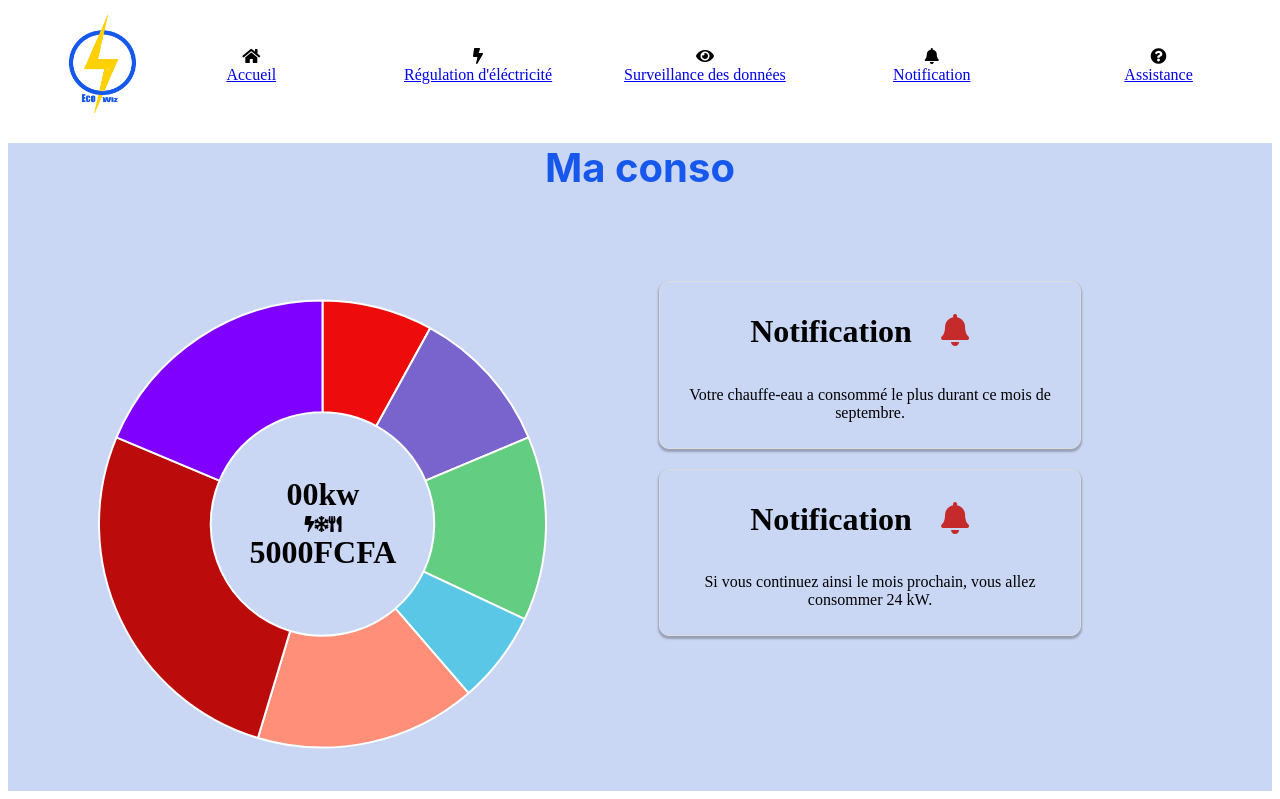
Repository: hamdia200/OSC-Ecowiz
Page: http://localhost/accueil
An editor plug-in stored every save of this project. The page is shown before and after the next save, followed by the edit.
The browser window is 1280 px wide. The pictures show the whole page.
The page is served by the project's Laravel application, run on PHP 8.4 with Laravel 10.

Above is the page before, as saved 2023-08-22 23:03:07.
Console error: TypeError: myChart._getArcLength is not a function

After the next save:
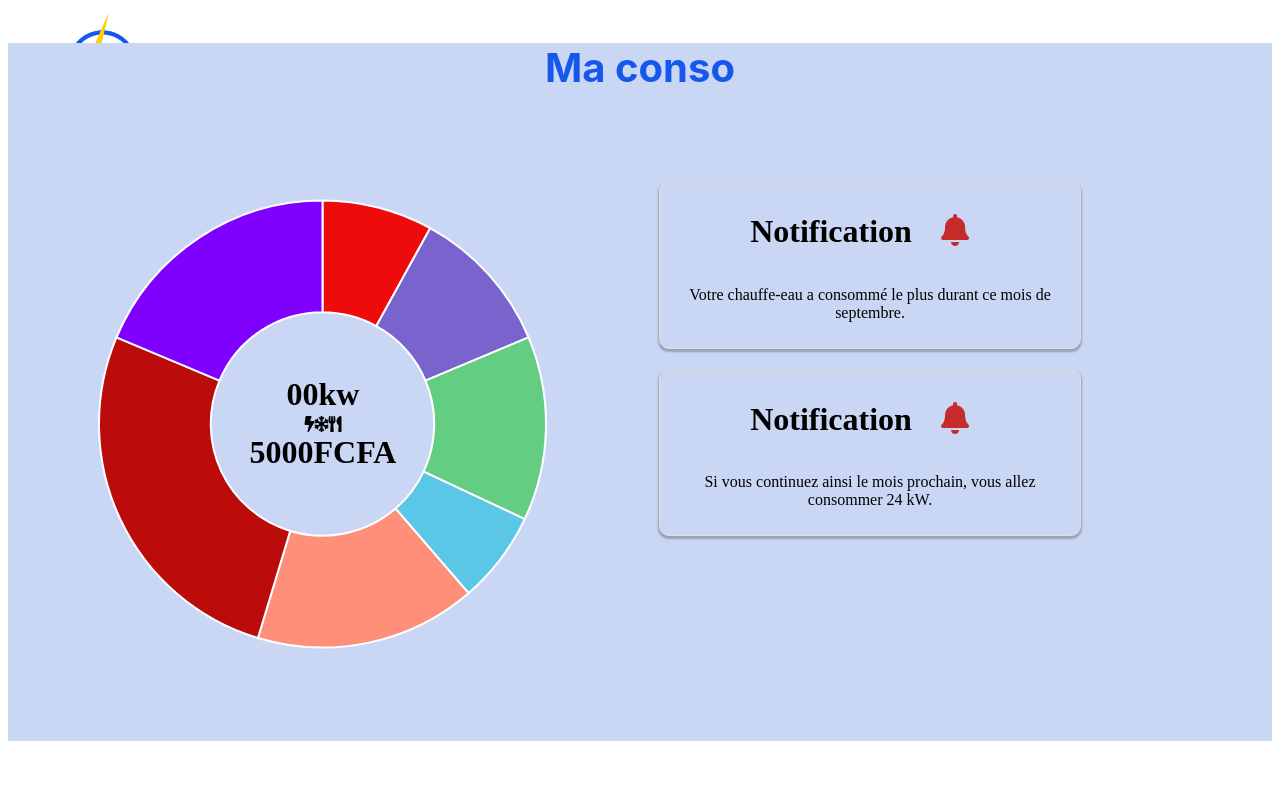
Saved 4 s later.
--- a/resources/views/accueil.blade.php
+++ b/resources/views/accueil.blade.php
@@ -16,7 +16,7 @@
             max-width: 100%;
             height: 90vh;
             top: -50px;
-            position: re;
+            position: relative;
 
 
 

After the 3 saves that followed:
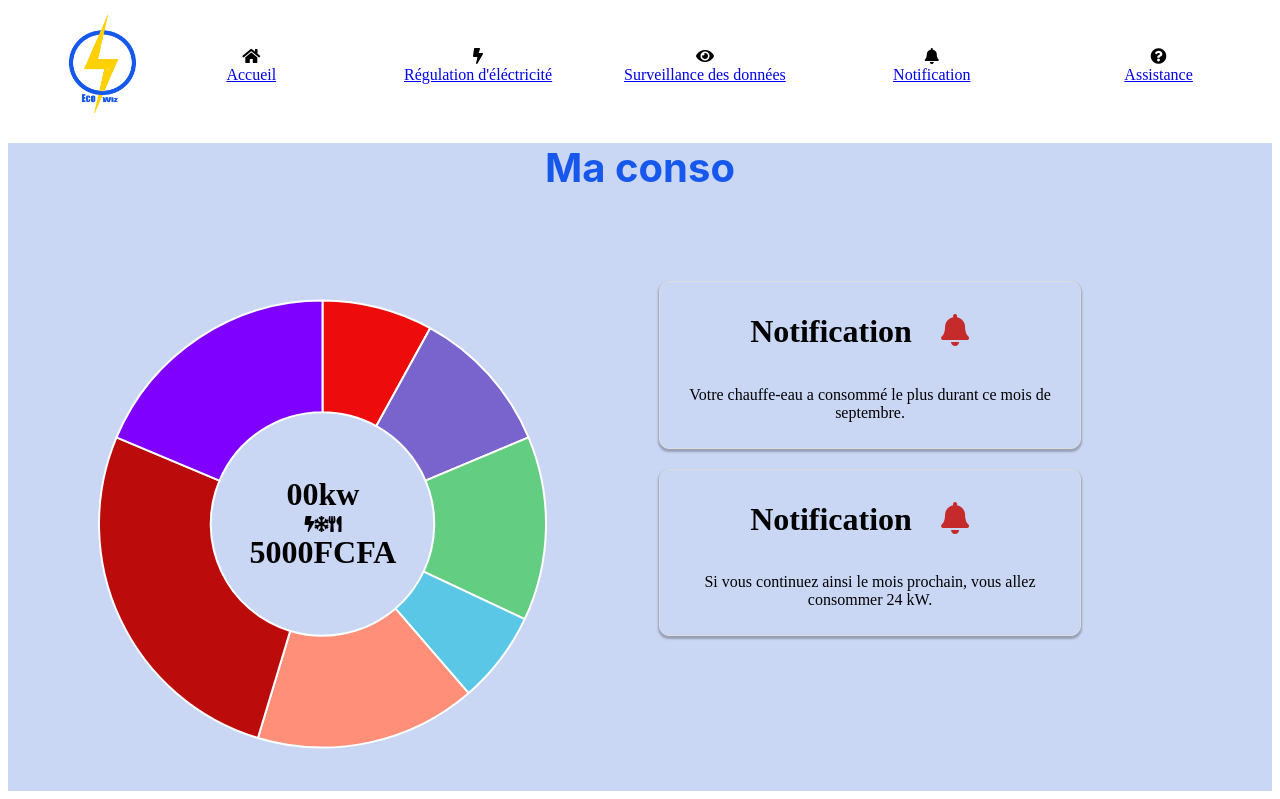
The 3 saves are shown as one change because 1 left the picture as it was and some came seconds apart.
The last was saved 60 s later.
--- a/resources/views/accueil.blade.php
+++ b/resources/views/accueil.blade.php
@@ -15,8 +15,9 @@
             background-color: #C9D6F4;
             max-width: 100%;
             height: 90vh;
-            top: -50px;
+            top: -px;
             position: relative;
+            justify-content: center;
 
 
 
